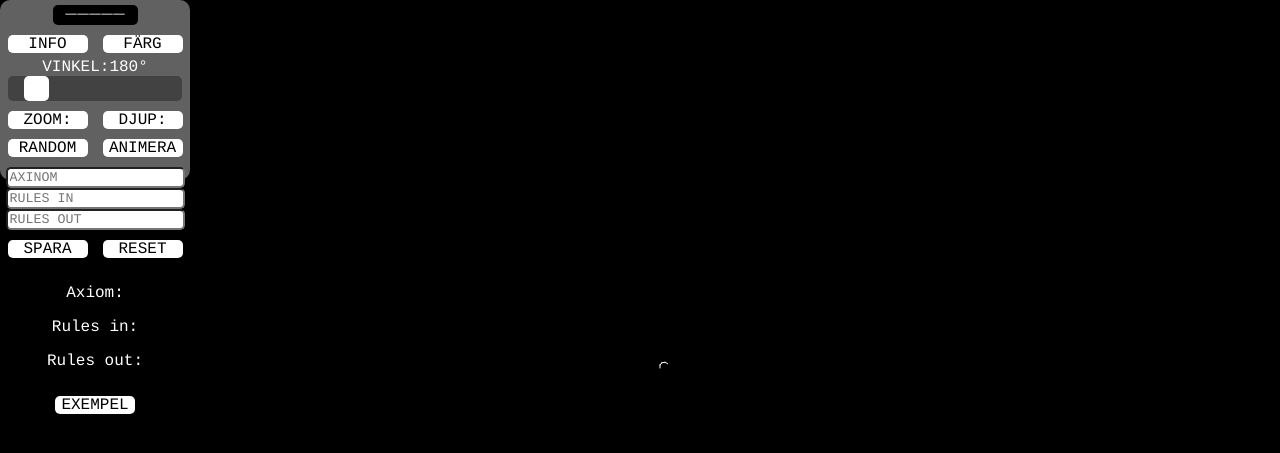
Repository: Gabrielw123/Fraktalgenerator
Page: fraktaler/test/index.html
These files come from the project's save history. The page is drawn as it stood at one moment and after the next save; the edit follows.
The browser window is 1280 px wide. The pictures show the whole page.
Some web libraries are served in a nearby version.

Above is the page before, as saved 2022-01-13 09:47:41.

After the next save:
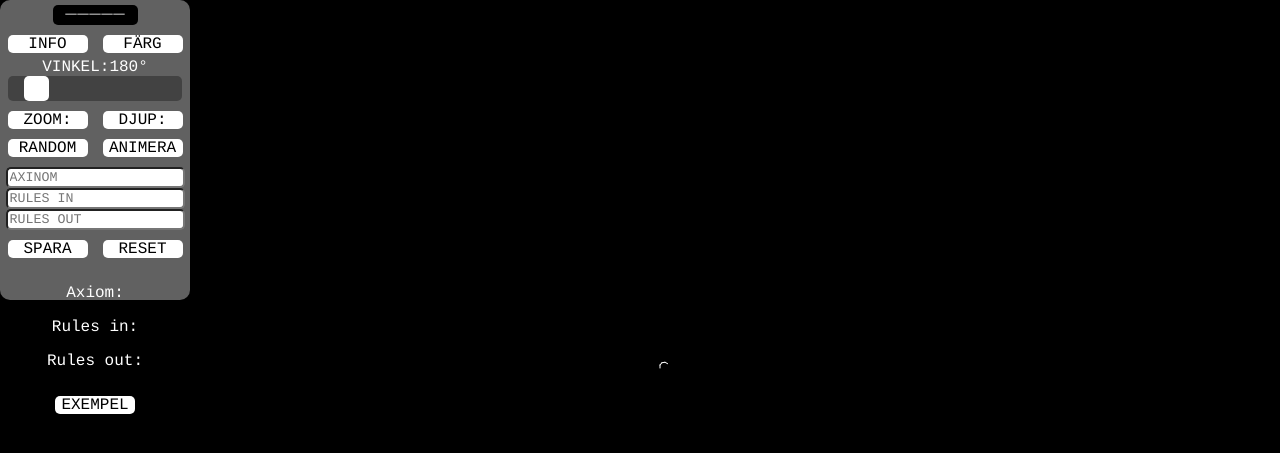
Saved 36 s later.
--- a/fraktaler/test/style.css
+++ b/fraktaler/test/style.css
@@ -8,7 +8,7 @@ body {
 .menu {
   background: rgba(97, 97, 97, 1);
   width: 190px;
-  height: 180px;
+  height: 300px;
   margin: auto;
   border-radius: 10px;
   position: fixed;
